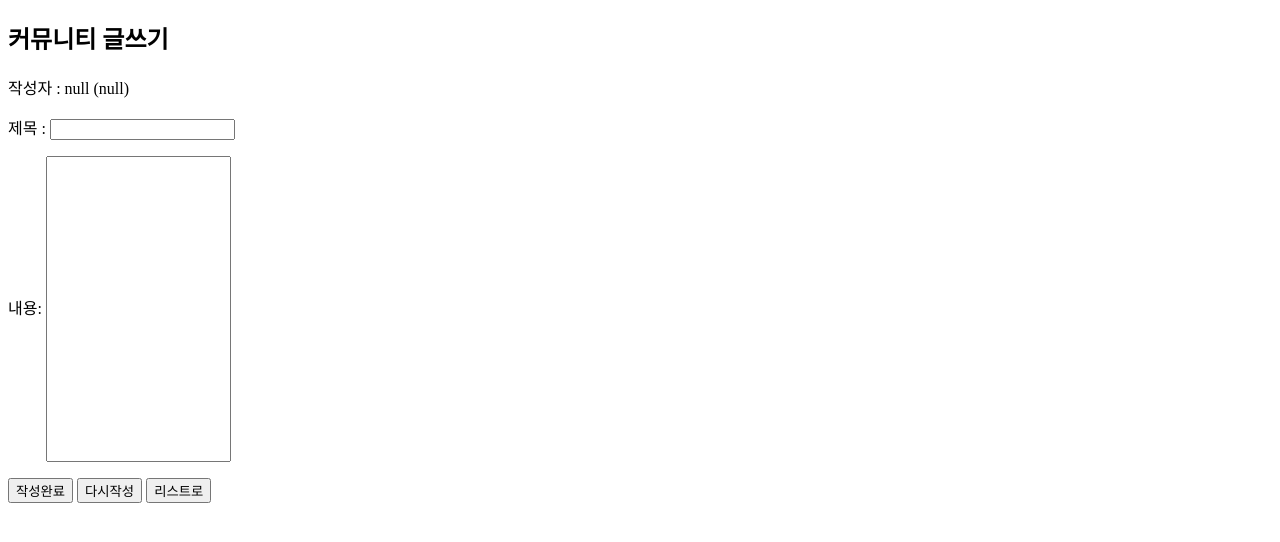
Repository: Blair-Kim/JSP
Page: http://localhost/Day4/board/write.jsp
These files come from the project's save history. The page is drawn as it stood at one moment and after the next save; the edit follows.
The browser window is 1280 px wide. The pictures show the whole page.
The page is served by Tomcat 9.

Above is the page before, as saved 2022-01-18 01:41:20.

After the next save:
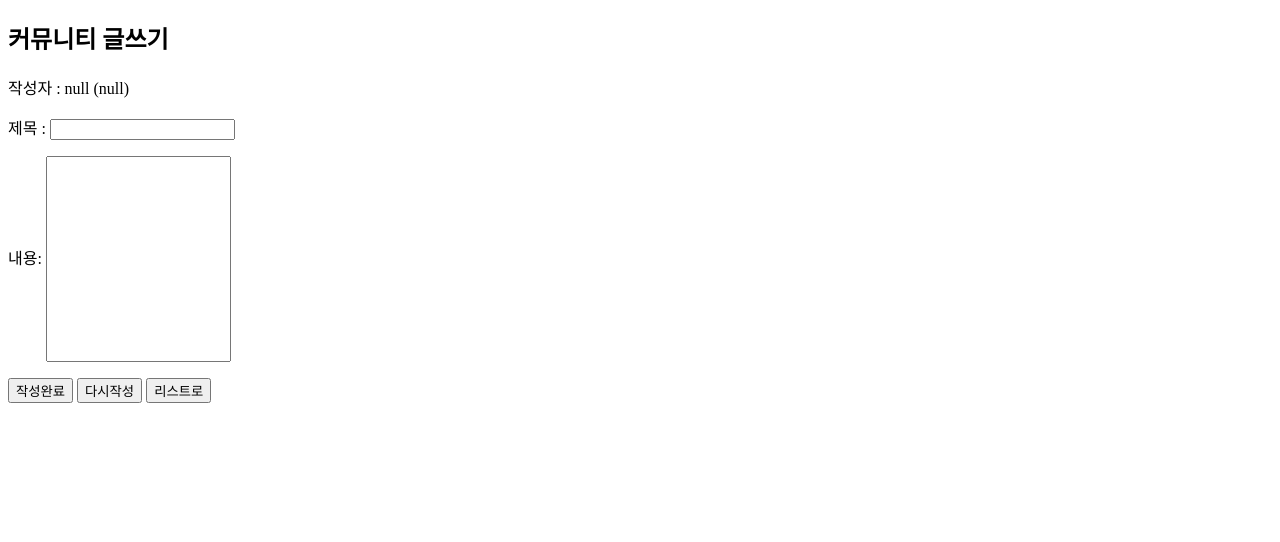
Saved 56 s later.
--- a/Day4/WebContent/board/write.jsp
+++ b/Day4/WebContent/board/write.jsp
@@ -23,7 +23,7 @@
         <input type="hidden" id="isssn" value="n">
         <p>작성자 : <%=userid%> (<%=name%>)</p>
         <p>제목 : <input type="text" name="b_title" id="b_title" maxlength="200"></p>
-        <p>내용: <input type="text" name="b_content" id="b_title" maxlength="2000" style="height:300px"></p>
+        <p>내용: <input type="text" name="b_content" id="b_title" maxlength="2000" style="height:200px"></p>
         <p><input type="submit" value="작성완료"> <input type="reset" value="다시작성"> <input type="button" value="리스트로" onclick="location.href='./list.jsp'"></p>
     </form>
 
